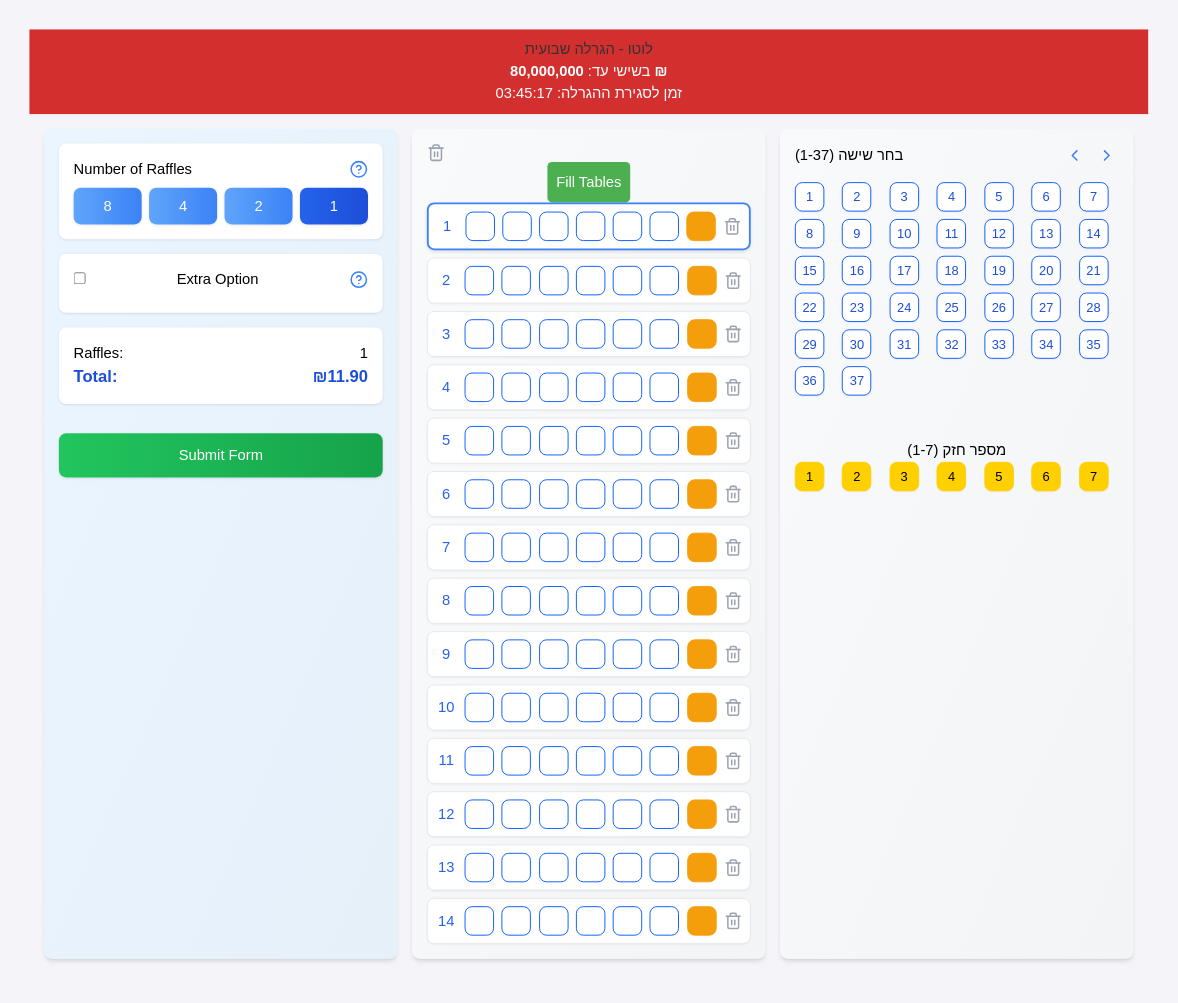
Repository: Giltih/LottoForm1
Page: /
The author's editor kept a copy of each file at every save. The page is drawn from the files as they stood at one save, then again after a run of saves.
The browser window is 1280 px wide. The pictures show the whole page, at 92% of full size.
The project was rebuilt for these pictures with package versions that can differ from the ones it lists, and the page was loaded fresh each time. Also part of the build but not shown: vite.config.ts.

Above is the page before, as saved 2025-02-23 21:24:52.

After the next 4 saves:
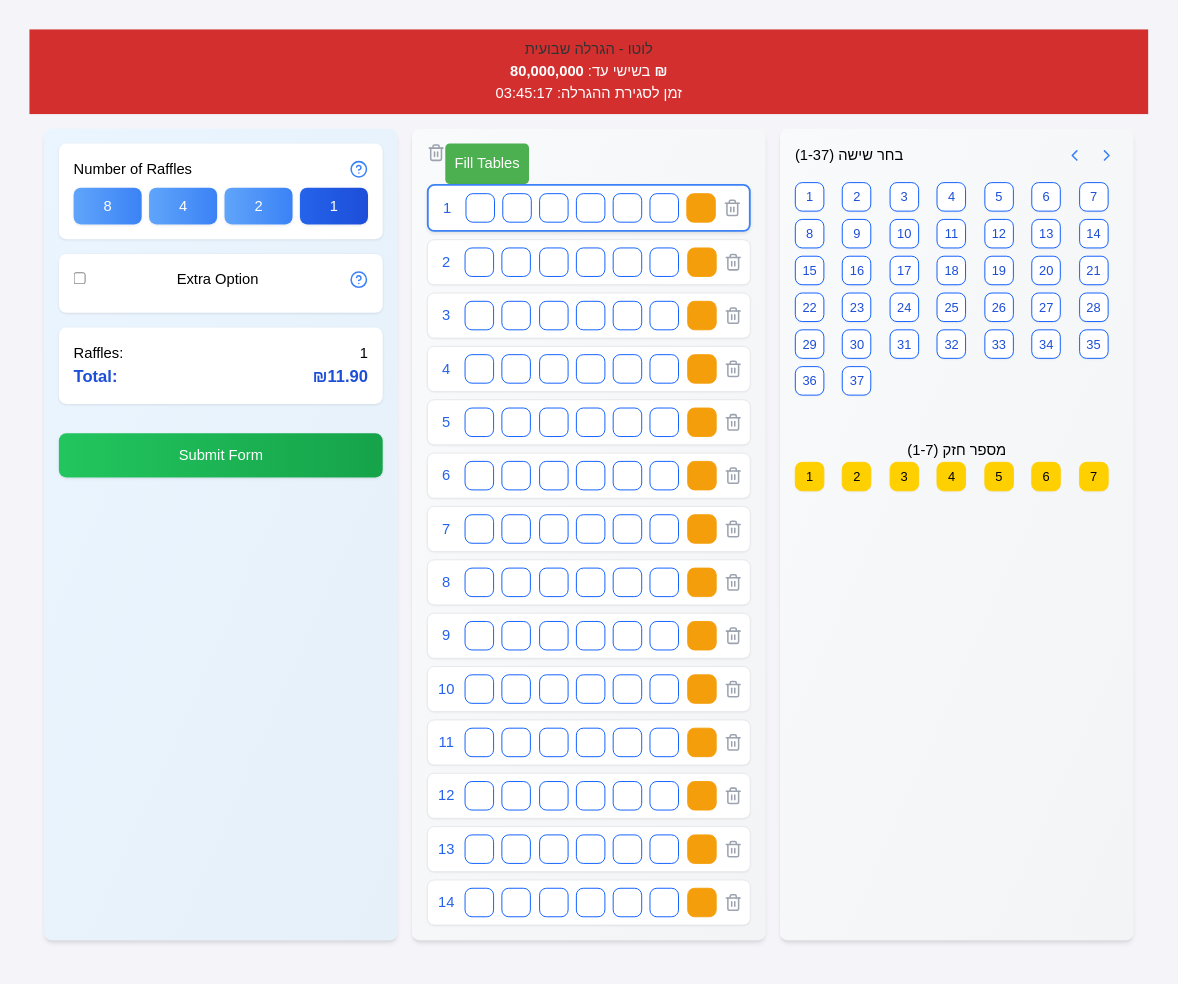
The 4 saves are shown as one change because they came seconds apart.
The last was saved 9 s later.
--- a/src/Lottery.css
+++ b/src/Lottery.css
@@ -111,7 +111,8 @@
 }
 
 .middle-header {
-  display:\
+  display: flex;
+
 }
 
 .table-list {
